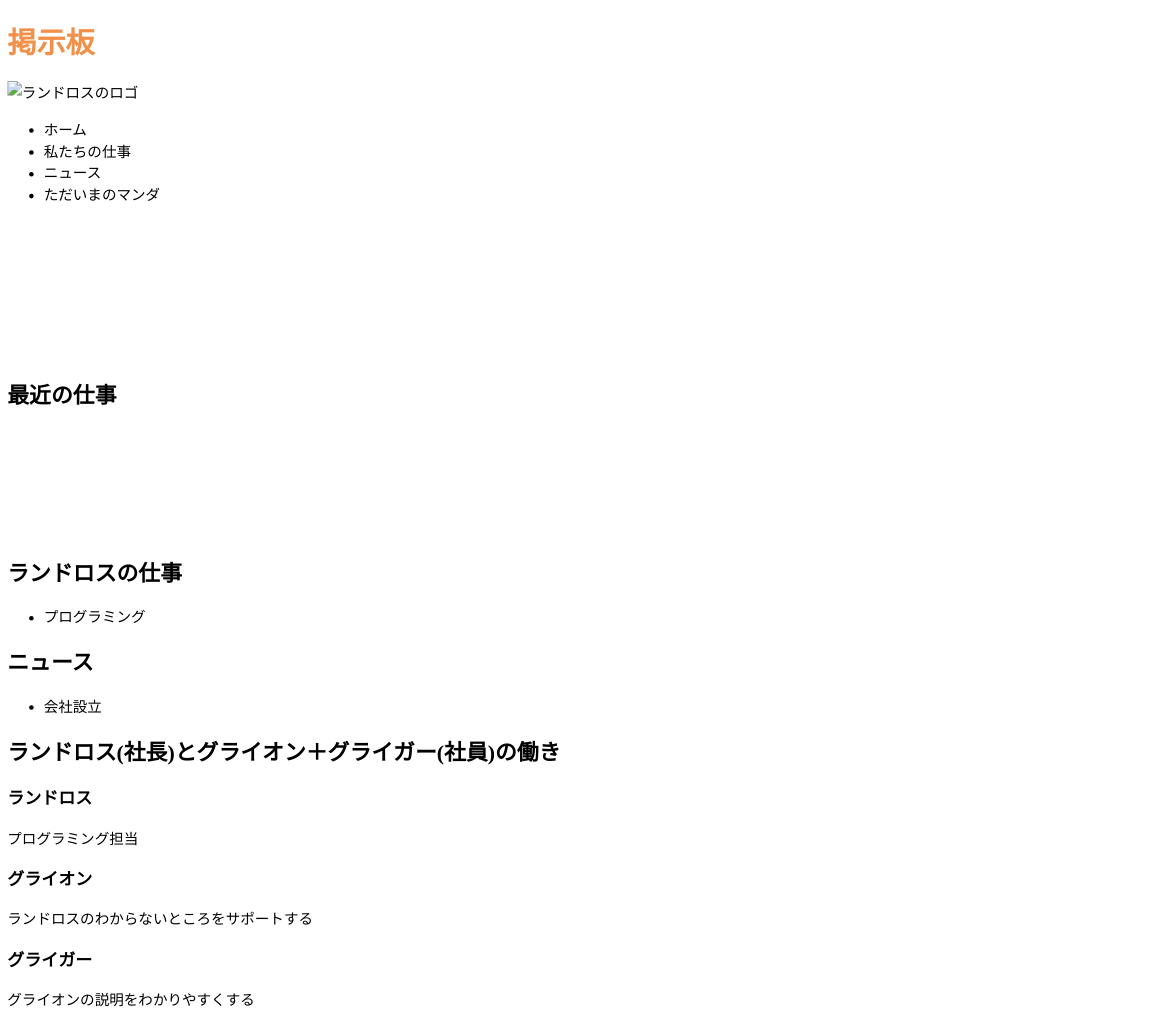
Repository: KustomApe/LandorusInc
Page: index.html
The author's editor kept a copy of each file at every save. The page is drawn from the files as they stood at one save, then again after the next save.
The browser window is 1280 px wide. The pictures show the whole page, at 91% of full size.

Above is the page before, as saved 2021-06-26 14:22:33.

### index.html
<!DOCTYPE html>
<html lang="ja">
<head>
    <meta charset="UTF-8">
    <meta http-equiv="X-UA-Compatible" content="IE=edge">
    <meta name="viewport" content="width=device-width, initial-scale=1.0">
    <title>株式会社ランドロス</title>
    <link rel="stylesheet" href="./css/style.css">
</head>
<body>
<h1>掲示板</h1>
<p><img alt="ランドロスのロゴ"></p>
<ul>
    <li>ホーム</li>
    <li>私たちの仕事</li>
    <li>ニュース</li>
    <li>ただいまのマンダ</li>
</ul>
<video></video>
<h2>最近の仕事</h2>
    <p><img><span></span></p>
    <p><img><span></span></p>
    <p><img><span></span></p>
    <p><img><span></span></p>
<h2>ランドロスの仕事</h2>
<ul>
   <li>プログラミング</li>
</ul>
<h2>ニュース</h2>
<ul>
   <li>会社設立</li>
</ul>
   <h2>ランドロス(社長)とグライオン＋グライガー(社員)の働き</h2>
<h3>ランドロス</h3>
<p>プログラミング担当</p>
<h3>グライオン</h3>
<p>ランドロスのわからないところをサポートする</p>
<h3>グライガー</h3>
<p>グライオンの説明をわかりやすくする</p>
</body>
</html>

### css/style.css
@charset "utf-8";

h1 {
    color: #F19049;
}

After the next save:
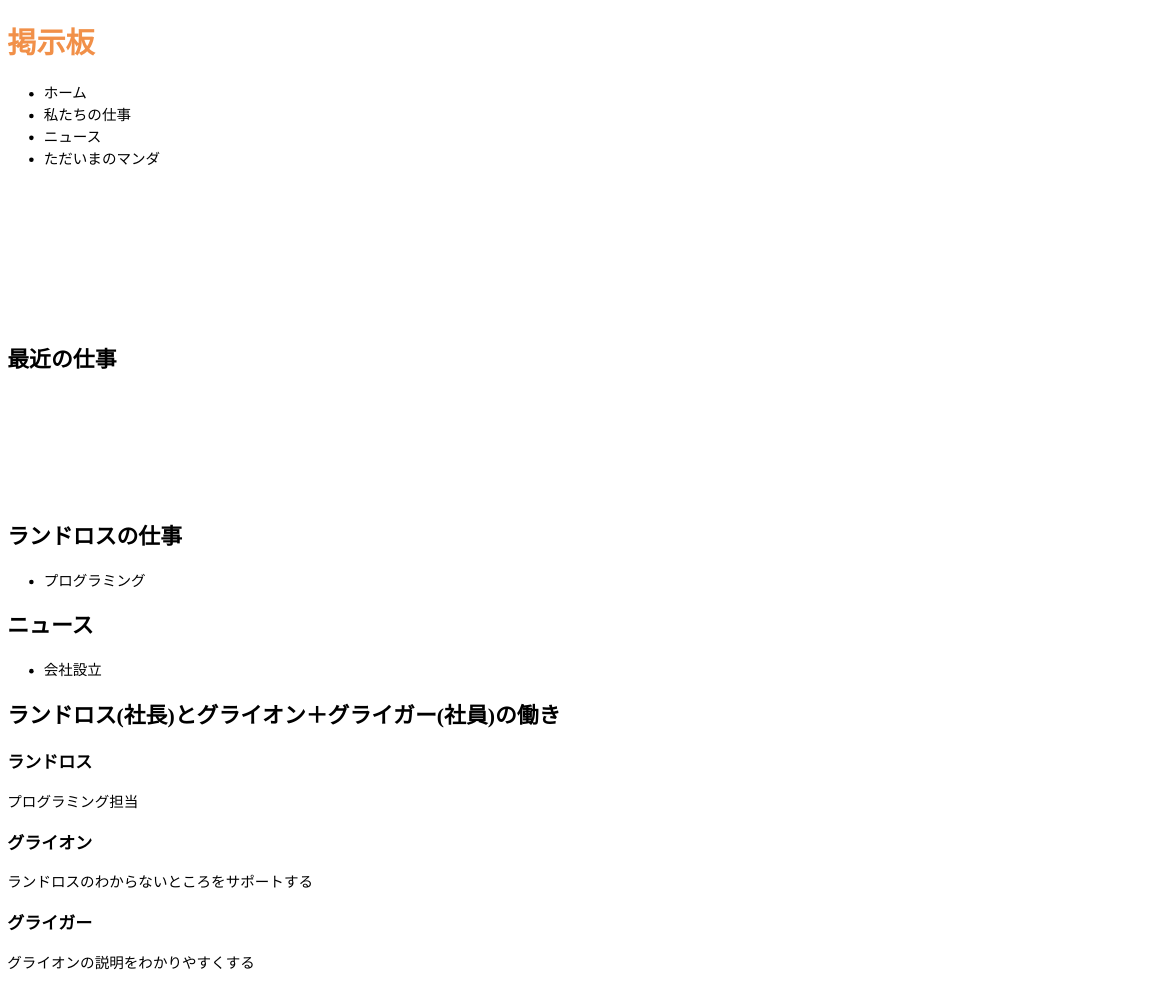
Saved 4 s later.
--- a/index.html
+++ b/index.html
@@ -9,7 +9,6 @@
 </head>
 <body>
 <h1>掲示板</h1>
-<p><img alt="ランドロスのロゴ"></p>
 <ul>
     <li>ホーム</li>
     <li>私たちの仕事</li>
